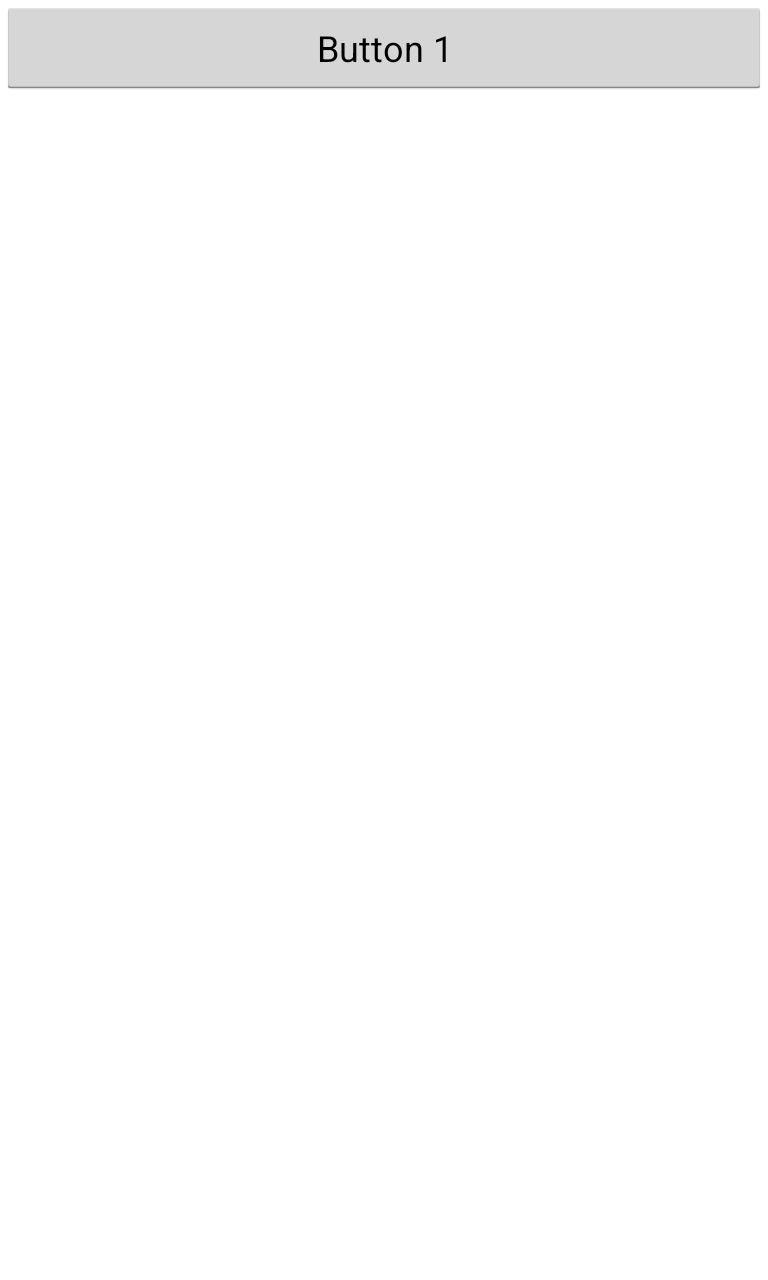
Repository: Lijianhao1995/Android
Layout: ActivityTest/res/layout/first_layout.xml
The author's editor kept a copy of each file at every save. The layout is drawn from the files as they stood at one save, then again after the next save.
It is drawn on a 768 x 1280 px phone screen (xhdpi) without system bars, with theme AppTheme; the app's code is not run.

Above is the layout before, as saved 2015-04-26 04:49:12.

After the next save:
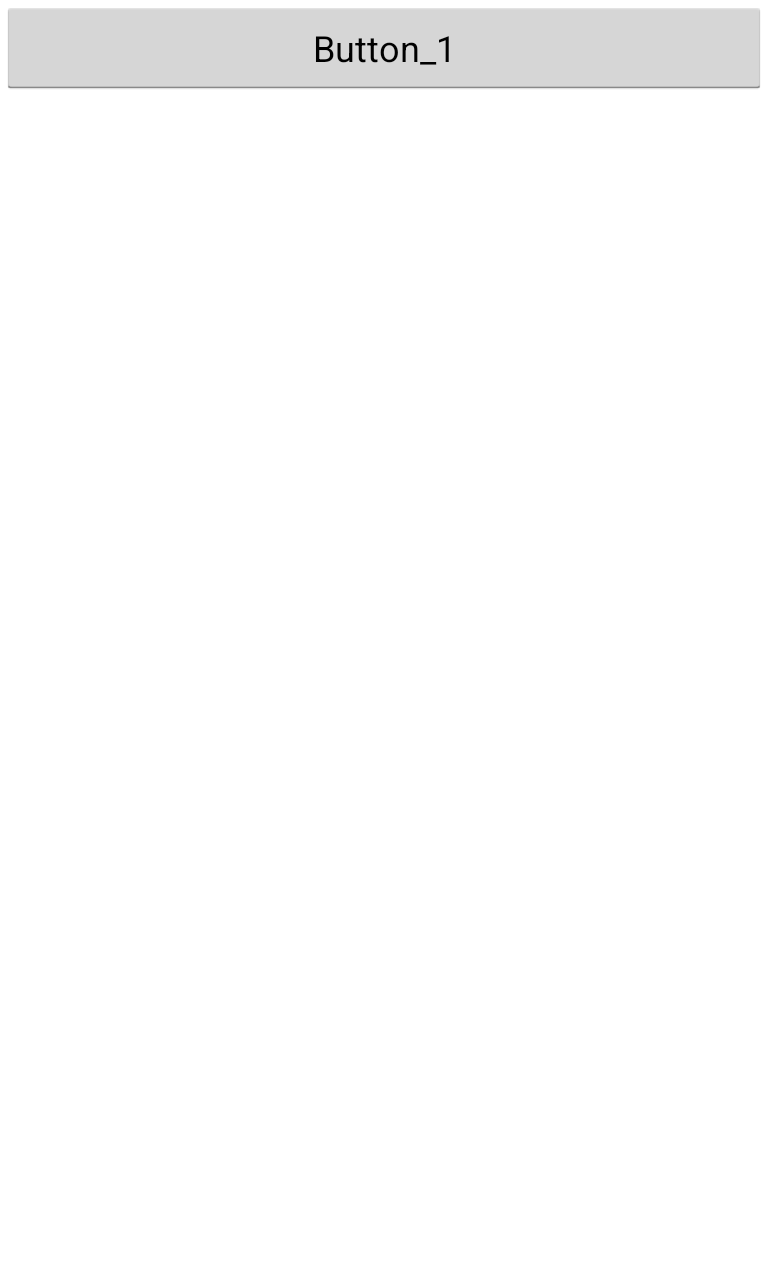
Saved 17 s later.
--- a/ActivityTest/res/layout/first_layout.xml
+++ b/ActivityTest/res/layout/first_layout.xml
@@ -9,7 +9,7 @@
         android:id="@+id/button_1"
         android:layout_width="match_parent"
         android:layout_height="wrap_content"
-        android:text="Button 1"
+        android:text="Button_1"
         />
 
 </LinearLayout>

After the save that followed:
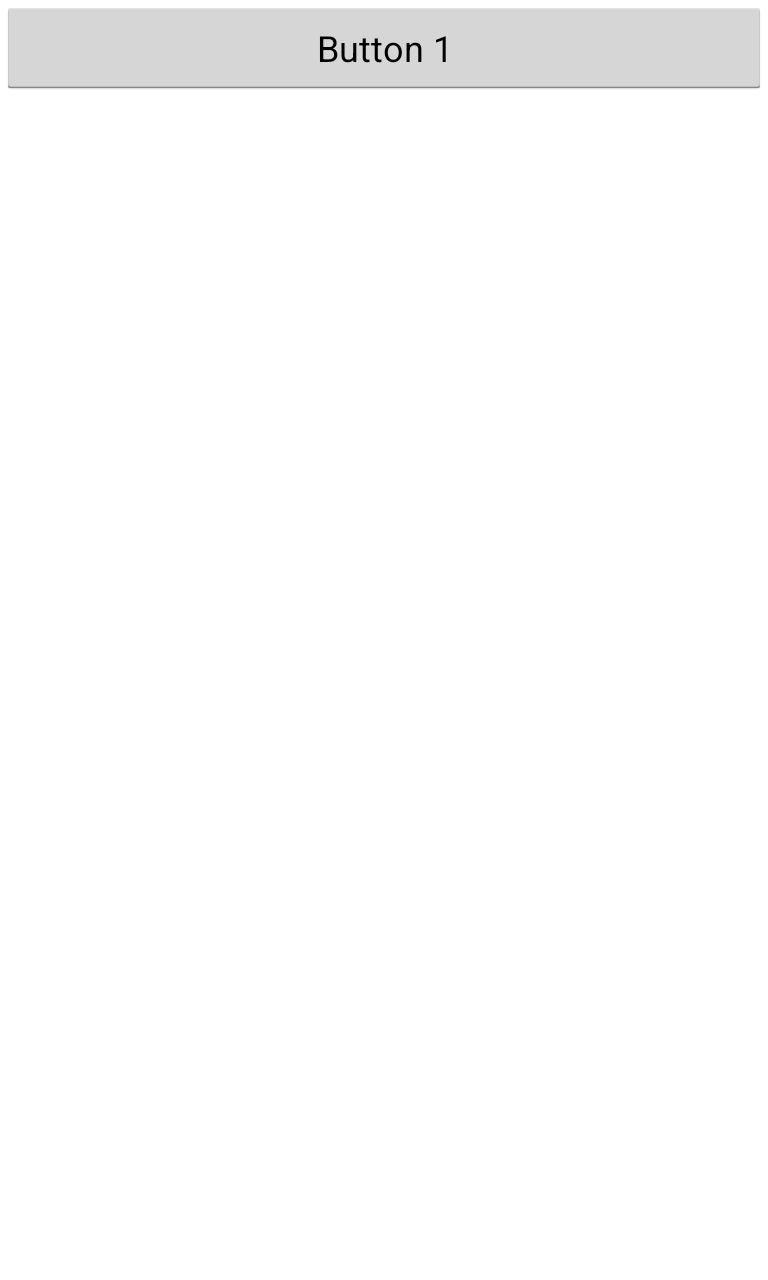
Saved 2 min 44 s later.
--- a/ActivityTest/res/layout/first_layout.xml
+++ b/ActivityTest/res/layout/first_layout.xml
@@ -9,7 +9,7 @@
         android:id="@+id/button_1"
         android:layout_width="match_parent"
         android:layout_height="wrap_content"
-        android:text="Button_1"
+        android:text="Button 1"
         />
 
 </LinearLayout>
